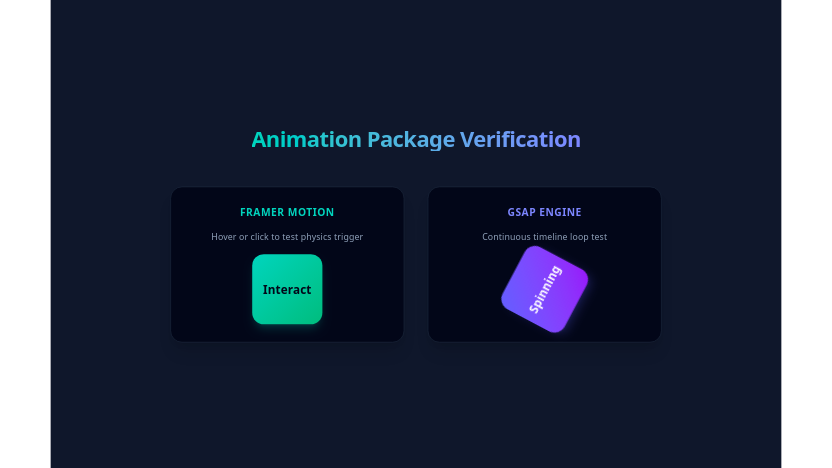
Repository: diptods/DevFixx
Page: / (app in client/)
These files come from the project's save history. The page is drawn as it stood at one moment and after the next save; the edit follows.
The browser window is 1280 px wide. The pictures show the whole page, at 65% of full size.
The project was rebuilt for these pictures with package versions that can differ from the ones it lists, and the page was loaded fresh each time. Also part of the build but not shown: client/vite.config.js.

Above is the page before, as saved 2026-06-12 12:42:00.

### client/index.html
<!doctype html>
<html lang="en">
  <head>
    <meta charset="UTF-8" />
    <link rel="icon" type="image/svg+xml" href="/favicon.svg" />
    <meta name="viewport" content="width=device-width, initial-scale=1.0" />
    <title>client</title>
  </head>
  <body>
    <div id="root"></div>
    <script type="module" src="/src/main.jsx"></script>
  </body>
</html>

### client/src/index.css
@import "tailwindcss";
:root {
  --text: #6b6375;
  --text-h: #08060d;
  --bg: #fff;
  --border: #e5e4e7;
  --code-bg: #f4f3ec;
  --accent: #aa3bff;
  --accent-bg: rgba(170, 59, 255, 0.1);
  --accent-border: rgba(170, 59, 255, 0.5);
  --social-bg: rgba(244, 243, 236, 0.5);
  --shadow:
    rgba(0, 0, 0, 0.1) 0 10px 15px -3px, rgba(0, 0, 0, 0.05) 0 4px 6px -2px;

  --sans: system-ui, 'Segoe UI', Roboto, sans-serif;
  --heading: system-ui, 'Segoe UI', Roboto, sans-serif;
  --mono: ui-monospace, Consolas, monospace;

  font: 18px/145% var(--sans);
  letter-spacing: 0.18px;
  color-scheme: light dark;
  color: var(--text);
  background: var(--bg);
  font-synthesis: none;
  text-rendering: optimizeLegibility;
  -webkit-font-smoothing: antialiased;
  -moz-osx-font-smoothing: grayscale;

  @media (max-width: 1024px) {
    font-size: 16px;
  }
}

@media (prefers-color-scheme: dark) {
  :root {
    --text: #9ca3af;
    --text-h: #f3f4f6;
    --bg: #16171d;
    --border: #2e303a;
    --code-bg: #1f2028;
    --accent: #c084fc;
    --accent-bg: rgba(192, 132, 252, 0.15);
    --accent-border: rgba(192, 132, 252, 0.5);
    --social-bg: rgba(47, 48, 58, 0.5);
    --shadow:
      rgba(0, 0, 0, 0.4) 0 10px 15px -3px, rgba(0, 0, 0, 0.25) 0 4px 6px -2px;
  }

  #social .button-icon {
    filter: invert(1) brightness(2);
  }
}

body {
  margin: 0;
}

#root {
  width: 1126px;
  max-width: 100%;
  margin: 0 auto;
  text-align: center;
  border-inline: 1px solid var(--border);
  min-height: 100svh;
  display: flex;
  flex-direction: column;
  box-sizing: border-box;
}

### client/src/App.jsx
import { useEffect, useRef } from "react";
import { motion } from "framer-motion";
import { gsap } from "gsap";

export default function App() {
  const gsapBoxRef = useRef(null);

  // Test GSAP Animation Loop
  useEffect(() => {
    if (gsapBoxRef.current) {
      gsap.to(gsapBoxRef.current, {
        rotation: 360,
        duration: 3,
        repeat: -1,
        ease: "linear",
      });
    }
  }, []);

  return (
    <div className="flex min-h-screen flex-col items-center justify-center gap-12 bg-slate-900 text-white p-6">
      <h1 className="text-3xl font-extrabold tracking-tight bg-linear-to-r from-teal-400 to-indigo-400 bg-clip-text text-transparent">
        Animation Package Verification
      </h1>

      <div className="grid grid-cols-1 md:grid-cols-2 gap-8 max-w-2xl w-full">

        {/* 1. FRAMER MOTION TEST CARD */}
        <div className="flex flex-col items-center gap-4 rounded-2xl border border-slate-800 bg-slate-950 p-6 text-center shadow-xl">
          <span className="text-sm font-semibold tracking-wider text-teal-400 uppercase">
            Framer Motion
          </span>
          <p className="text-xs text-slate-400">Hover or click to test physics trigger</p>

          <motion.div
            whileHover={{ scale: 1.1, rotate: 10 }}
            whileTap={{ scale: 0.9 }}
            className="h-24 w-24 rounded-2xl bg-linear-to-br from-teal-400 to-emerald-500 shadow-lg shadow-teal-500/20 cursor-pointer flex items-center justify-center font-bold text-slate-950"
          >
            Interact
          </motion.div>
        </div>

        {/* 2. GSAP TEST CARD */}
        <div className="flex flex-col items-center gap-4 rounded-2xl border border-slate-800 bg-slate-950 p-6 text-center shadow-xl">
          <span className="text-sm font-semibold tracking-wider text-indigo-400 uppercase">
            GSAP Engine
          </span>
          <p className="text-xs text-slate-400">Continuous timeline loop test</p>

          <div
            ref={gsapBoxRef}
            className="h-24 w-24 rounded-2xl bg-linear-to-br from-indigo-500 to-purple-600 shadow-lg shadow-indigo-500/20 flex items-center justify-center font-bold text-white"
          >
            Spinning
          </div>
        </div>

      </div>
    </div>
  );
}

Loaded but not shown: client/src/main.jsx (common file)

After the next save:
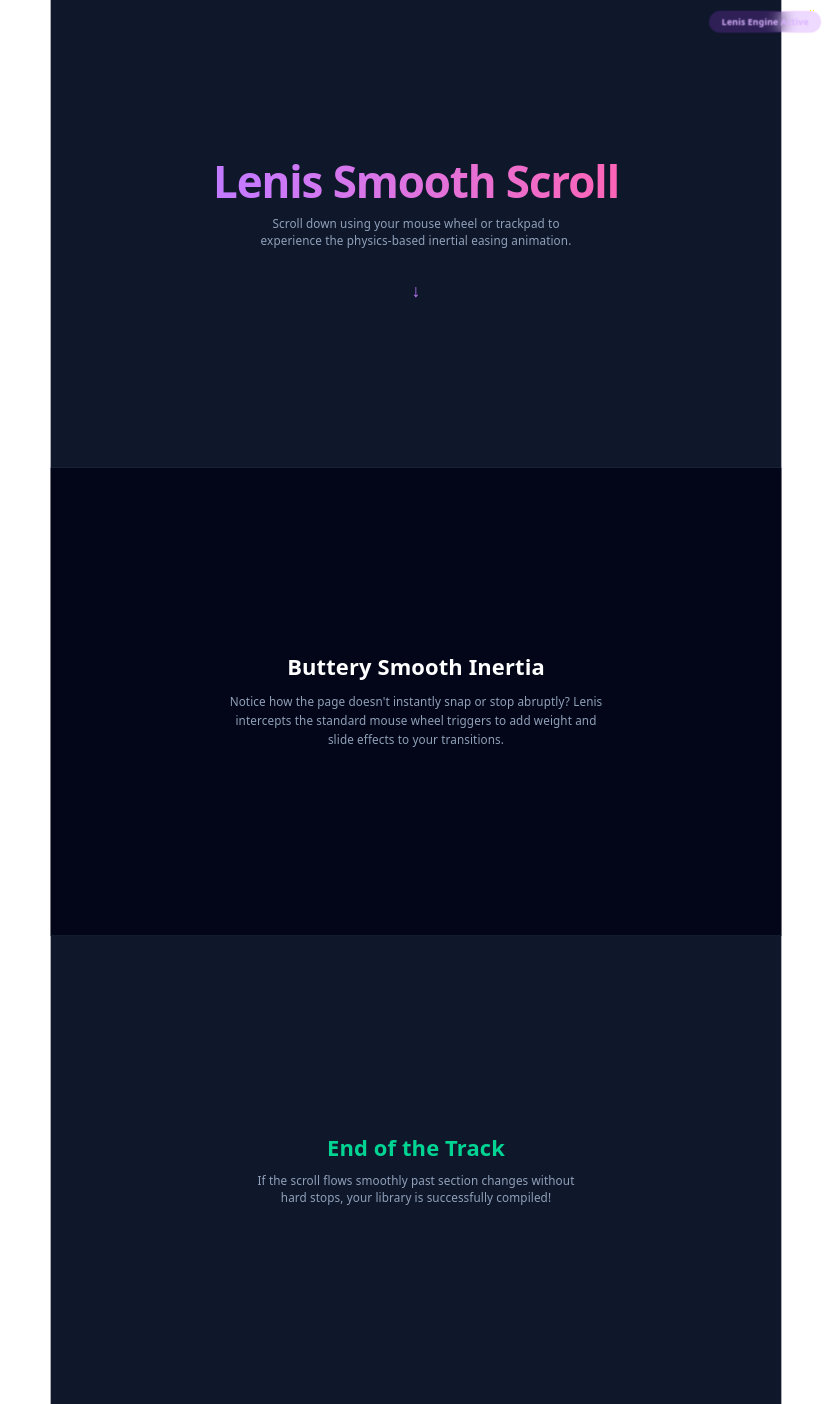
Saved 3 min 22 s later.
--- a/client/src/App.jsx
+++ b/client/src/App.jsx
@@ -1,62 +1,63 @@
-import { useEffect, useRef } from "react";
-import { motion } from "framer-motion";
-import { gsap } from "gsap";
+import { useEffect } from "react";
+import Lenis from "@studio-freight/lenis"; // Or use 'lenis' if upgraded
 
 export default function App() {
-  const gsapBoxRef = useRef(null);
+  useEffect(() => {
+    // 1. Initialize Lenis Smooth Scroll
+    const lenis = new Lenis({
+      duration: 1.5, // Speed of the scroll easing
+      easing: (t) => Math.min(1, 1.001 - Math.pow(2, -10 * t)), // Easing profile
+      smoothWheel: true,
+    });
 
-  // Test GSAP Animation Loop
-  useEffect(() => {
-    if (gsapBoxRef.current) {
-      gsap.to(gsapBoxRef.current, {
-        rotation: 360,
-        duration: 3,
-        repeat: -1,
-        ease: "linear",
-      });
+    // 2. Setup the RequestAnimationFrame (RAF) render loop
+    function raf(time) {
+      lenis.raf(time);
+      requestAnimationFrame(raf);
     }
+    requestAnimationFrame(raf);
+
+    // 3. Cleanup on component unmount
+    return () => {
+      lenis.destroy();
+    };
   }, []);
 
   return (
-    <div className="flex min-h-screen flex-col items-center justify-center gap-12 bg-slate-900 text-white p-6">
-      <h1 className="text-3xl font-extrabold tracking-tight bg-linear-to-r from-teal-400 to-indigo-400 bg-clip-text text-transparent">
-        Animation Package Verification
-      </h1>
+    <div className="bg-slate-900 text-white font-sans selection:bg-purple-500">
 
-      <div className="grid grid-cols-1 md:grid-cols-2 gap-8 max-w-2xl w-full">
+      {/* Visual Fixed Indicator */}
+      <div className="fixed top-4 right-4 z-50 rounded-full bg-purple-500/20 px-4 py-1.5 text-xs font-semibold text-purple-300 ring-1 ring-purple-500/30 backdrop-blur-md">
+        Lenis Engine Active
+      </div>
 
-        {/* 1. FRAMER MOTION TEST CARD */}
-        <div className="flex flex-col items-center gap-4 rounded-2xl border border-slate-800 bg-slate-950 p-6 text-center shadow-xl">
-          <span className="text-sm font-semibold tracking-wider text-teal-400 uppercase">
-            Framer Motion
-          </span>
-          <p className="text-xs text-slate-400">Hover or click to test physics trigger</p>
+      {/* SECTION 1 */}
+      <section className="flex min-h-screen flex-col items-center justify-center p-6 text-center border-b border-slate-800">
+        <h1 className="text-4xl font-extrabold tracking-tight bg-gradient-to-r from-purple-400 to-pink-400 bg-clip-text text-transparent sm:text-6xl">
+          Lenis Smooth Scroll
+        </h1>
+        <p className="mt-4 text-slate-400 max-w-md">
+          Scroll down using your mouse wheel or trackpad to experience the physics-based inertial easing animation.
+        </p>
+        <div className="mt-12 animate-bounce text-2xl text-purple-400">↓</div>
+      </section>
 
-          <motion.div
-            whileHover={{ scale: 1.1, rotate: 10 }}
-            whileTap={{ scale: 0.9 }}
-            className="h-24 w-24 rounded-2xl bg-linear-to-br from-teal-400 to-emerald-500 shadow-lg shadow-teal-500/20 cursor-pointer flex items-center justify-center font-bold text-slate-950"
-          >
-            Interact
-          </motion.div>
-        </div>
+      {/* SECTION 2 */}
+      <section className="flex min-h-screen flex-col items-center justify-center bg-slate-950 p-6 text-center border-b border-slate-800">
+        <h2 className="text-3xl font-bold text-white mb-4">Buttery Smooth Inertia</h2>
+        <p className="text-slate-400 max-w-lg leading-relaxed">
+          Notice how the page doesn't instantly snap or stop abruptly? Lenis intercepts the standard mouse wheel triggers to add weight and slide effects to your transitions.
+        </p>
+      </section>
 
-        {/* 2. GSAP TEST CARD */}
-        <div className="flex flex-col items-center gap-4 rounded-2xl border border-slate-800 bg-slate-950 p-6 text-center shadow-xl">
-          <span className="text-sm font-semibold tracking-wider text-indigo-400 uppercase">
-            GSAP Engine
-          </span>
-          <p className="text-xs text-slate-400">Continuous timeline loop test</p>
+      {/* SECTION 3 */}
+      <section className="flex min-h-screen flex-col items-center justify-center p-6 text-center">
+        <h2 className="text-3xl font-bold text-emerald-400 mb-4">End of the Track</h2>
+        <p className="text-slate-400 max-w-md">
+          If the scroll flows smoothly past section changes without hard stops, your library is successfully compiled!
+        </p>
+      </section>
 
-          <div
-            ref={gsapBoxRef}
-            className="h-24 w-24 rounded-2xl bg-linear-to-br from-indigo-500 to-purple-600 shadow-lg shadow-indigo-500/20 flex items-center justify-center font-bold text-white"
-          >
-            Spinning
-          </div>
-        </div>
-
-      </div>
     </div>
   );
 }
